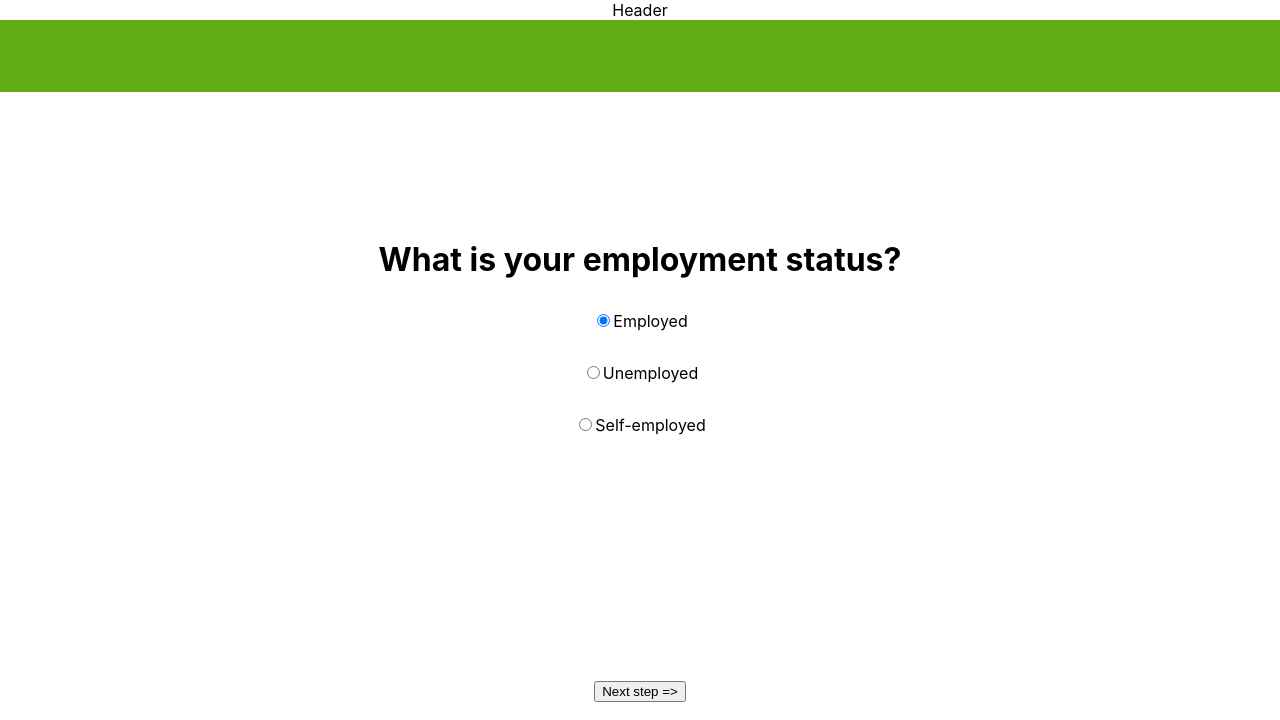
Repository: andbilous/task-survey
Page: /
The author's editor kept a copy of each file at every save. The page is drawn from the files as they stood at one save, then again after a run of saves.
The browser window is 1280 px wide. The pictures show the whole page.
The project was rebuilt for these pictures with package versions that can differ from the ones it lists, and the page was loaded fresh each time.

Above is the page before, as saved 2020-06-16 17:55:57.

After the next 6 saves:
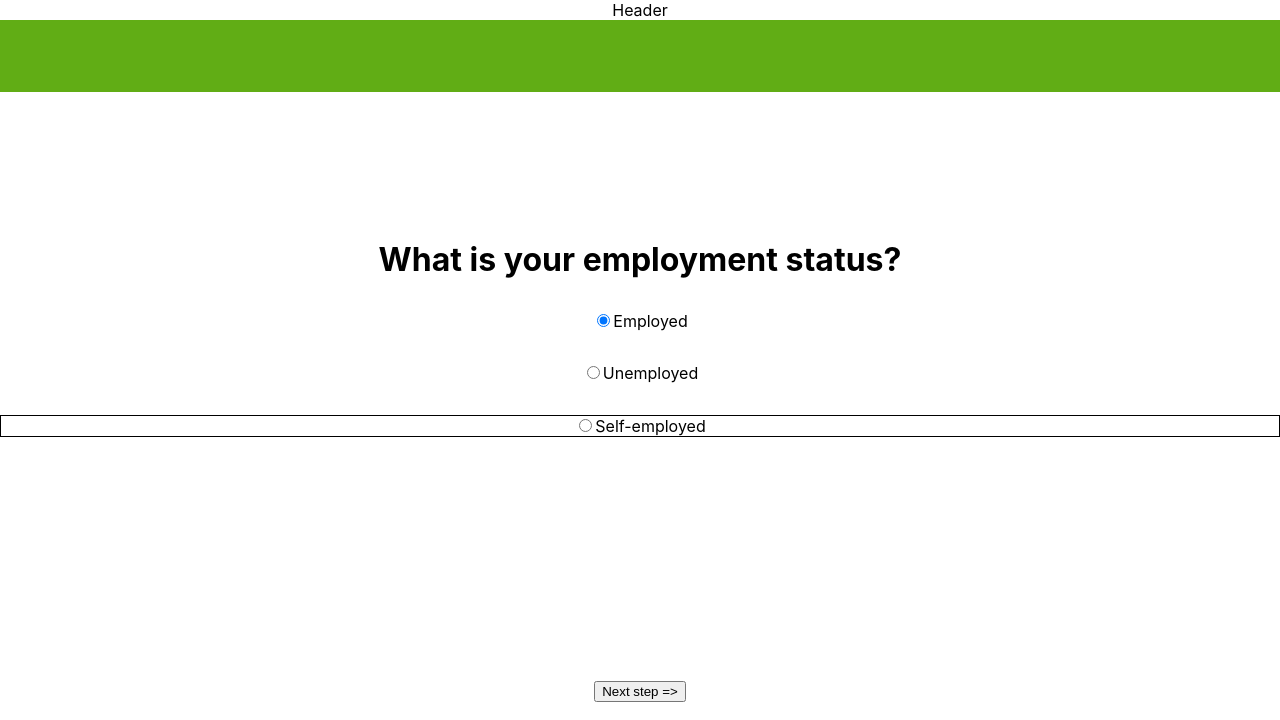
The 6 saves are shown as one change because they came seconds apart.
The last was saved 44 s later.
--- a/src/pages/EmploymentStatus.jsx
+++ b/src/pages/EmploymentStatus.jsx
@@ -20,7 +20,7 @@ const EmploymentStatusPage = () => {
             Unemployed
           </label>
         </div>
-        <div style={{marginTop: '2rem'}} className="radio">
+        <div style={{marginTop: '2rem', border: '1px solid black'}} className="radio">
           <label>
             <input onChange={handleChange} name='1' type="radio" value="option3" />
             Self-employed
